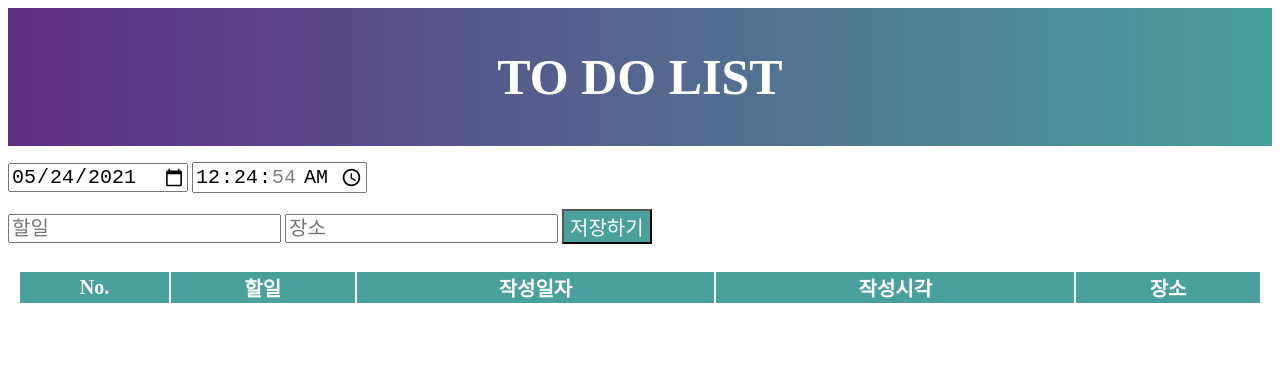
Repository: kimyoungjin98/Exam_Project
Page: http://localhost/Server_PR_TodoList/
These files come from the project's save history. The page is drawn as it stood at one moment and after the next save; the edit follows.
The browser window is 1280 px wide. The pictures show the whole page.
Some web fonts or font styles are not loaded; a fallback is used. The page is served by Tomcat 9. Other server files are loaded and not shown. Queries for data that is not in the repository find no rows.

Above is the page before, as saved 2021-05-25 00:43:24.

### Server_PR_TodoList/src/main/webapp/WEB-INF/views/home.jsp
<%@ page language="java" contentType="text/html; charset=UTF-8"
    pageEncoding="UTF-8"%>
<%@ taglib uri="http://java.sun.com/jsp/jstl/core" prefix="c"%>
<c:set value="${pageContext.request.contextPath}" var="rootPath" />
<!DOCTYPE html>
<html>

<head>
<meta charset="UTF-8">
<title>어서오세요</title>
</head>
<script>
document.addEventListener("DOMContentLoaded",function(ev){

	document.querySelector("table")
	.addEventListener("click", function(ev){

		let tag = ev.target.tagName

		if(tag == "TD"){

			let seq = ev.target.closest("TR").dataset.seq

			document.location.href="${rootPath}/todo/view?td_seq=" + seq

		}

	})

})


</script>
<style>


@import url('https://fonts.googleapis.com/css2?family=Nanum+Gothic+Coding:wght@700&family=Roboto+Slab:wght@600&display=swap');
.jm-font {
		font-family: 'Nanum Gothic Coding', monospace;
		font-family: 'Roboto Slab', serif;
	}


table {
	width:100%;
	text-align: center;
	margin:3px auto;
	font-size:20px;
	padding:10px;
	font-weight: bolder;

}

table td{
	cursor:pointer;
	padding:5-%;


}

table td:hover{
	background-color: #49a09d;
	opacity: 0.5;
}

table div{
	border:1px solid #49a09d;
	outline:1px solid #49a09d;
}

table th{
	background-color:#49a09d;
	color:white;

}


</style>
<body>

	<%@ include file="/WEB-INF/views/banner.jsp" %>
	<p>
	<%@ include file="/WEB-INF/views/write.jsp" %>
	<p>
		<table>
		<div>
		<th>No.</th>
		<th>할일</th>
		<th>작성일자</th>
		<th>작성시각</th>
		<th>장소</th>
		</div>

		<c:forEach items="${TDLIST}" var="TD" varStatus="index">
			<tr data-seq="${TD.td_seq}">
				<td>${index.count}</td>
				<td>${TD.td_content}</td>
				<td>${TD.td_date}</td>
				<td>${TD.td_time}</td>
				<td>${TD.td_place}</td>
			</tr>

		</c:forEach>

	</table>

</body>
</html>

### Server_PR_TodoList/src/main/webapp/WEB-INF/views/banner.jsp
<%@ page language="java" contentType="text/html; charset=UTF-8"
    pageEncoding="UTF-8"%>
<%@ taglib uri="http://java.sun.com/jsp/jstl/core" prefix="c"%>
<c:set value="${pageContext.request.contextPath}" var="rootPath" />
<!DOCTYPE html>
<html>
<head>
<meta charset="UTF-8">
<title>Insert title here</title>
</head>
<style>
@import url('https://fonts.googleapis.com/css2?family=Nanum+Gothic+Coding:wght@700&family=Roboto+Slab:wght@600&display=swap');
.jm-font {
		font-family: 'Nanum Gothic Coding', monospace;
		font-family: 'Roboto Slab', serif;
	}


h1 {
	margin:auto;
	text-align: center;
	font-size:50px;
	background:linear-gradient(to right, #5f2c82, #49a09d);
	color:white;
	padding:40px;
}


</style>
<body>
	<h1>TO DO LIST</h1>
</body>
</html>

### Server_PR_TodoList/src/main/webapp/WEB-INF/views/write.jsp
<%@ page language="java" contentType="text/html; charset=UTF-8"
    pageEncoding="UTF-8"%>
<%@ taglib uri="http://java.sun.com/jsp/jstl/core" prefix="c"%>
<c:set value="${pageContext.request.contextPath}" var="rootPath" />
<!DOCTYPE html>
<html>
<head>
<meta charset="UTF-8">
<title>Insert title here</title>
</head>
<script type="text/javascript">
document.addEventListener("DOMContentLoaded", function(ev){
	document.querySelector("button")
	.addEventListener("click",function(ev){

		let name = ev.target.className

		let td_date = document.querySelector("input[name='td_date']")
		let td_time = document.querySelector("input[name='td_time']")
		let td_content = document.querySelector("input[name='td_content']")
		let td_place = document.querySelector("input[name='td_place']")

		if(td_content.value == ""){

			alert("할일을 입력하세요 !")

			return false;
			}

			document.querySelector("form").submit();

	})

})

</script>
<style>

@import url('https://fonts.googleapis.com/css2?family=Nanum+Gothic+Coding:wght@700&family=Roboto+Slab:wght@600&display=swap');
.jm-font {
		font-family: 'Nanum Gothic Coding', monospace;
		font-family: 'Roboto Slab', serif;
	}

	label{
		font-size:20px;
	}

	input{
		font-size:20px;
	}

	button{
		background-color: #49a09d;
		color:white;
		font-size:20px;
		cursor:pointer;
	}


</style>
<body>



	<form method="POST" class="1">

	<input name="td_date" placeholder="작성일자" type="date" value="${TD.td_date}">
	<input name="td_time" placeholder="작성시각" type="time" value="${TD.td_time}"><p>
	<input name="td_content" placeholder="할일" value="${TD.td_content}"></input>
	<input name="td_place" placeholder="장소" value="${TD.td_place}">

		<button type="button">저장하기</button>
	</form>

</body>
</html>

### Server_PR_TodoList/src/main/java/com/callor/todo/controller/HomeController.java
package com.callor.todo.controller;

import java.io.IOException;
import java.text.SimpleDateFormat;
import java.util.Date;
import java.util.List;

import javax.servlet.ServletException;
import javax.servlet.annotation.WebServlet;
import javax.servlet.http.HttpServlet;
import javax.servlet.http.HttpServletRequest;
import javax.servlet.http.HttpServletResponse;

import com.callor.todo.model.TodoVO;
import com.callor.todo.service.TodoService;
import com.callor.todo.service.impl.TodoServiceImplV1;

@WebServlet("/")
public class HomeController extends HttpServlet{

	protected TodoService tdService;

	public HomeController() {

		tdService = new TodoServiceImplV1();

	}

	@Override
	protected void doGet(HttpServletRequest req, HttpServletResponse resp) throws ServletException, IOException {


		List<TodoVO> tdList = tdService.selectAll();

		req.setAttribute("TDLIST", tdList);

		SimpleDateFormat sDate = new SimpleDateFormat("yyyy-MM-dd");
		SimpleDateFormat sTime = new SimpleDateFormat("HH:mm:ss");
		Date date = new Date(System.currentTimeMillis());

		TodoVO tdVO = new TodoVO();

		tdVO.setTd_date(sDate.format(date));
		tdVO.setTd_time(sTime.format(date));

		req.setAttribute("TD", tdVO);

		ReqController.forward(resp, req, "home");

	}

	@Override
	protected void doPost(HttpServletRequest req, HttpServletResponse resp) throws ServletException, IOException {


		req.setCharacterEncoding("UTF-8");

		String td_date = req.getParameter("td_date");
		String td_content = req.getParameter("td_content");
		String td_time = req.getParameter("td_time");
		String td_place = req.getParameter("td_place");

		TodoVO tdVO = new TodoVO();

		tdVO.setTd_content(td_content);
		tdVO.setTd_date(td_date);
		tdVO.setTd_place(td_place);
		tdVO.setTd_time(td_time);

		tdService.insert(tdVO);

		System.out.println(tdVO.toString());

		resp.sendRedirect("/todo/");

	}

}

### Server_PR_TodoList/src/main/java/com/callor/todo/service/impl/TodoServiceImplV1.java
package com.callor.todo.service.impl;

import java.sql.Connection;
import java.sql.PreparedStatement;
import java.sql.ResultSet;
import java.sql.SQLException;
import java.util.ArrayList;
import java.util.List;

import com.callor.todo.config.DBConnect;
import com.callor.todo.model.TodoVO;
import com.callor.todo.service.TodoService;
import com.mysql.cj.x.protobuf.MysqlxPrepare.Prepare;

public class TodoServiceImplV1 implements TodoService {

	protected Connection dbConn;

	public TodoServiceImplV1() {

		dbConn = DBConnect.getDB();

	}

	protected List<TodoVO> select(PreparedStatement pStr) throws SQLException {

		List<TodoVO> tdList = new ArrayList<TodoVO>();
		ResultSet rSet = pStr.executeQuery();

		while (rSet.next()) {

			TodoVO tdVO = new TodoVO();

			tdVO.setTd_content(rSet.getString("td_content"));
			tdVO.setTd_date(rSet.getString("td_date"));
			tdVO.setTd_place(rSet.getString("td_place"));
			tdVO.setTd_time(rSet.getString("td_time"));
			tdVO.setTd_seq(rSet.getLong("td_seq"));
			tdList.add(tdVO);

		}

		return tdList;
	}

	@Override
	public List<TodoVO> selectAll() {
		// TODO Auto-generated method stub

		String sql = " SELECT * FROM tbl_todo ";

		PreparedStatement pStr = null;

		try {

			pStr = dbConn.prepareStatement(sql);
			List<TodoVO> tdList = this.select(pStr);


			return tdList;

		} catch (SQLException e) {
			// TODO Auto-generated catch block
			e.printStackTrace();
		}

		return null;
	}

	@Override
	public TodoVO findById(Long td_seq) {
		// TODO Auto-generated method stub

		String sql = " SELECT * FROM tbl_todo ";
		sql += " WHERE td_seq = ? ";

		PreparedStatement pStr = null;

		try {
			pStr = dbConn.prepareStatement(sql);
			pStr.setLong(1, td_seq);

			List<TodoVO> tdList = this.select(pStr);

			if(tdList != null && tdList.size() > 0) {

				return tdList.get(0);
			}

		} catch (SQLException e) {
			// TODO Auto-generated catch block
			e.printStackTrace();
		}

		return null;
	}

	@Override
	public Integer insert(TodoVO tdVO) {
		// TODO Auto-generated method stub

		String sql = " INSERT INTO tbl_todo ";
		sql += " (td_content, td_date, td_time, td_place) ";
		sql += " VALUES(?,?,?,?) ";

		PreparedStatement pStr = null;

		try {
			pStr = dbConn.prepareStatement(sql);
			pStr.setString(1, tdVO.getTd_content());
			pStr.setString(2, tdVO.getTd_date());
			pStr.setString(3, tdVO.getTd_time());
			pStr.setString(4, tdVO.getTd_place());

			return pStr.executeUpdate();



		} catch (SQLException e) {
			// TODO Auto-generated catch block
			e.printStackTrace();
		}

		return null;
	}

	@Override
	public Integer update(TodoVO tdVO) {
		// TODO Auto-generated method stub

		String sql = " UPDATE tbl_todo SET ";
		sql += " td_content = ?, ";
		sql += " td_date = ?, ";
		sql += " td_time = ?, ";
		sql += " td_place = ? ";
		sql += " WHERE td_seq = ? ";

		PreparedStatement pStr = null;

		try {
			pStr = dbConn.prepareStatement(sql);
			pStr.setString(1, tdVO.getTd_content());
			pStr.setString(2, tdVO.getTd_date());
			pStr.setString(3, tdVO.getTd_time());
			pStr.setString(4, tdVO.getTd_place());
			pStr.setLong(5, tdVO.getTd_seq());


			return pStr.executeUpdate();


		} catch (SQLException e) {
			// TODO Auto-generated catch block
			e.printStackTrace();
		}

		return null;
	}

	@Override
	public Integer delete(Long td_seq) {
		// TODO Auto-generated method stub

		String sql = " DELETE FROM tbl_todo ";
		sql += " WHERE td_seq = ? ";

		PreparedStatement pStr = null;

		try {
			pStr = dbConn.prepareStatement(sql);
			pStr.setLong(1, td_seq);

			return pStr.executeUpdate();
		} catch (SQLException e) {
			// TODO Auto-generated catch block
			e.printStackTrace();
		}



		return null;
	}

}

### Server_PR_TodoList/src/main/java/com/callor/todo/config/DBConnect.java
package com.callor.todo.config;

import java.sql.Connection;
import java.sql.DriverManager;
import java.sql.SQLException;

public class DBConnect {

	private static Connection dbConn;

	static {

		String driver = "com.mysql.cj.jdbc.Driver";
		String url = "jdbc:mysql://localhost:3306/todo";
		String user = "todoList";
		String pw = "1234";

		try {
			Class.forName(driver);

			if (dbConn == null) {
				dbConn = DriverManager.getConnection(url, user, pw);
			}

			System.out.println("DB 접속 성공");

		} catch (ClassNotFoundException e) {
			// TODO Auto-generated catch block
			e.printStackTrace();
		} catch (SQLException e) {
			// TODO Auto-generated catch block
			e.printStackTrace();
		}

	}

	public static Connection getDB() {

		return dbConn;
	}

}

### Server_PR_TodoList/src/main/java/com/callor/todo/model/TodoVO.java
package com.callor.todo.model;

import lombok.AllArgsConstructor;
import lombok.Getter;
import lombok.NoArgsConstructor;
import lombok.Setter;
import lombok.ToString;

@Getter
@Setter
@ToString
@AllArgsConstructor
@NoArgsConstructor
public class TodoVO {

	private Long td_seq;
	private String td_place;
	private String td_date;
	private String td_time;
	private String td_content;

}

### Server_PR_TodoList/src/main/java/com/callor/todo/controller/ReqController.java
package com.callor.todo.controller;

import java.io.IOException;

import javax.servlet.ServletException;
import javax.servlet.http.HttpServlet;
import javax.servlet.http.HttpServletRequest;
import javax.servlet.http.HttpServletResponse;

public class ReqController extends HttpServlet{

	public static void forward(HttpServletResponse res, HttpServletRequest req, String file) throws ServletException, IOException {

		String root = "/WEB-INF/views/" + file + ".jsp";

		req.getRequestDispatcher(root).forward(req, res);

	}

}

After the next save:
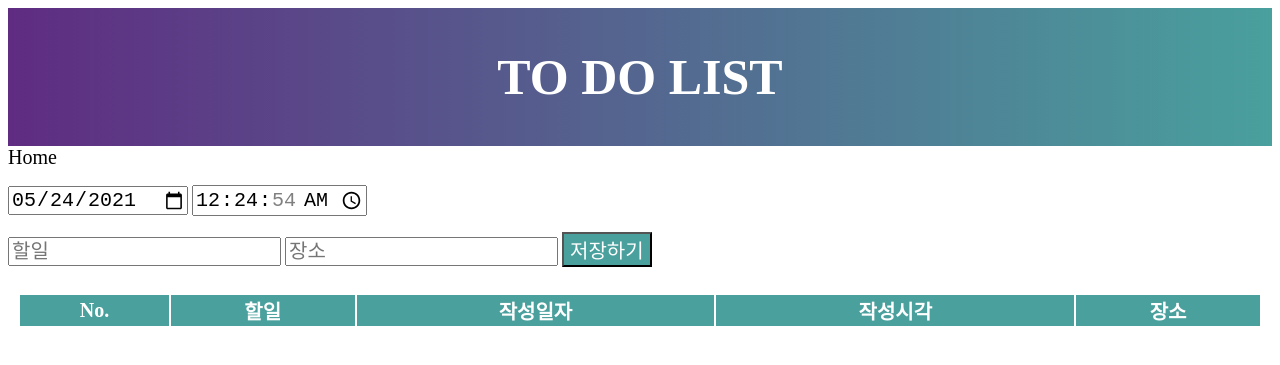
Saved 80 s later.
--- a/Server_PR_TodoList/src/main/webapp/WEB-INF/views/banner.jsp
+++ b/Server_PR_TodoList/src/main/webapp/WEB-INF/views/banner.jsp
@@ -29,5 +29,11 @@ h1 {
 </style>
 <body>
 	<h1>TO DO LIST</h1>
+
+	<div>
+	<label>Home</label>
+
+
+	</div>
 </body>
 </html>
